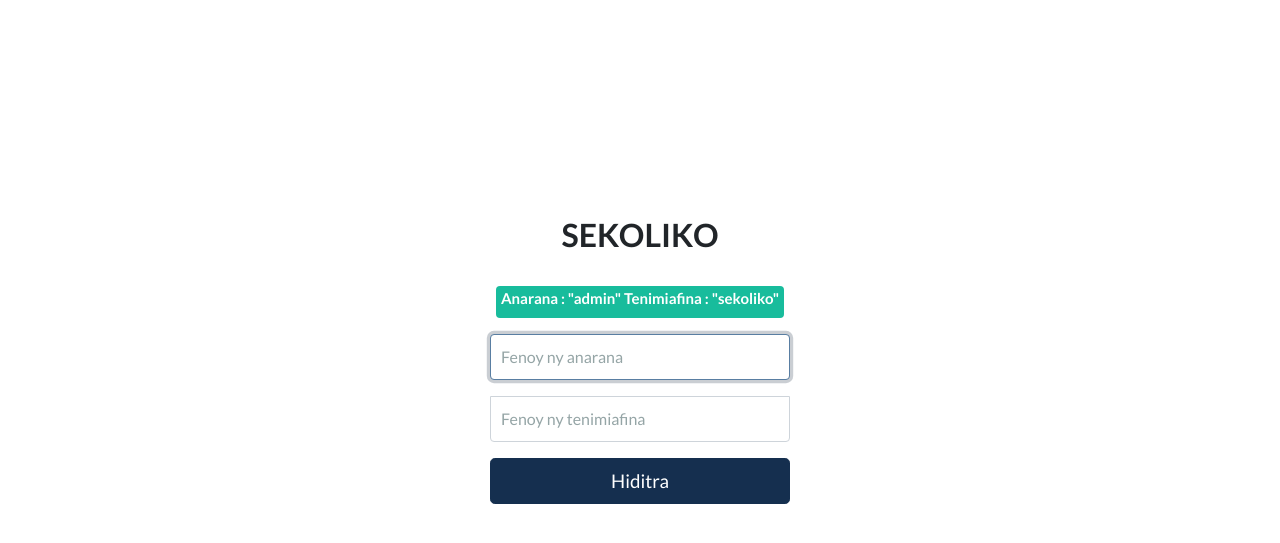
Repository: niainamahefa/j2ee-sekoliko
Page: http://localhost/Ecole/login
These files come from the project's save history. The page is drawn as it stood at one moment and after the next save; the edit follows.
The browser window is 1280 px wide. The pictures show the whole page.
The page is served by Tomcat 9.

Above is the page before, as saved 2021-02-07 21:09:04.

After the next save:
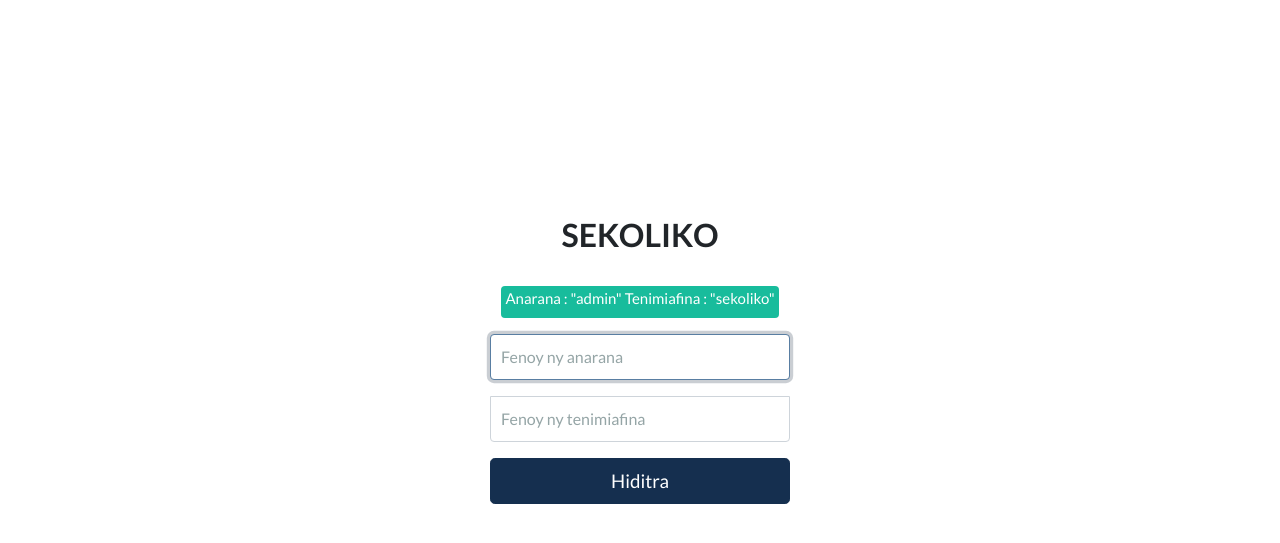
Saved 11 s later.
--- a/Ecole/WebContent/WEB-INF/login.jsp
+++ b/Ecole/WebContent/WEB-INF/login.jsp
@@ -36,7 +36,7 @@
   <body class="text-center">
 	    <form class="form-signin" method="post">
 		  <h1 class="h3 mb-3 font-weight-bold">SEKOLIKO</h1>
-		  <div class="badge badge-success mt-3 mb-3"><h4 class="h6 font-weight-bold text-center">Anarana : "admin" Tenimiafina : "sekoliko"</h1></div>
+		  <div class="badge badge-success mt-3 mb-3"><h4 class="h6  text-center">Anarana : "admin" Tenimiafina : "sekoliko"</h1></div>
 		  <label for="inputEmail" class="sr-only">Anarana</label>
 		  <input type="text" id="inputEmail" class="form-control" placeholder="Fenoy ny anarana"  name="anarana" required autofocus>
 		  <label for="inputPassword" class="sr-only">Tenimiafina</label>
